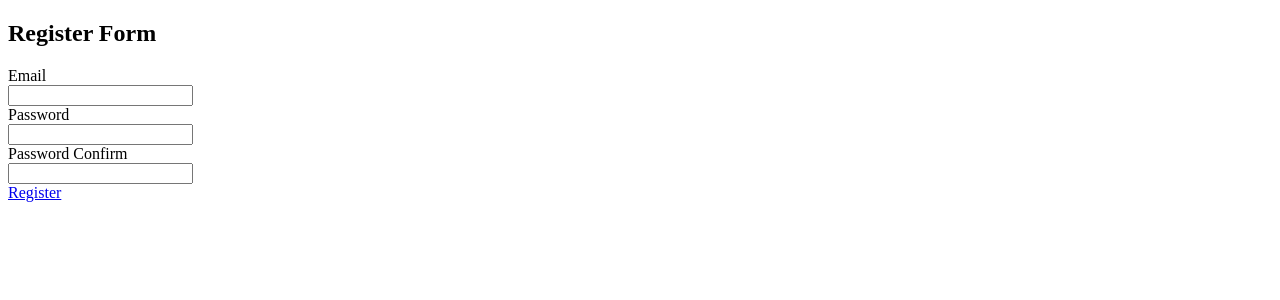
Repository: nptg3105/Register-form
Page: index.html
These files come from the project's save history. The page is drawn as it stood at one moment and after the next save; the edit follows.
The browser window is 1280 px wide. The pictures show the whole page.
Some web libraries are served in a nearby version.

Above is the page before, as saved 2022-01-05 21:43:51.

### index.html
<!DOCTYPE html>
<html lang="en">
  <head>
    <meta charset="UTF-8" />
    <meta http-equiv="X-UA-Compatible" content="IE=edge" />
    <meta name="viewport" content="width=device-width, initial-scale=1.0" />
    <title>Document</title>
    <link rel="stylesheet" href="style.css" />
  </head>
  <body>
    <div id="register-form"></div>

    <script
      src="https://unpkg.com/react@17/umd/react.production.min.js"
      crossorigin
    ></script>
    <script
      src="https://unpkg.com/react-dom@17/umd/react-dom.production.min.js"
      crossorigin
    ></script>
    <script src="https://unpkg.com/babel-standalone@6/babel.min.js"></script>
    <script type="text/babel" src="main.js"></script>
  </body>
</html>

### main.js
const registerForm = document.querySelector("#register-form");
const form = (
  <div>
    <h2>Register Form</h2>
    <form>
      <label for="email">Email</label>
      <br />
      <input type="email" id="email" name="mail" />
      <br />
      <label for="password">Password</label>
      <br />
      <input type="password" id="password" name="pass" />
      <br />
      <label for="password-confirm">Password Confirm</label>
      <br />
      <input type="password" id="password-confirm" name="pass-confirm" />
    </form>
    <a href="#">Register</a>
  </div>
);
ReactDOM.render(form, registerForm);

Loaded but not shown: style.css (no stored copy; drawn as an empty file)

After the next save:
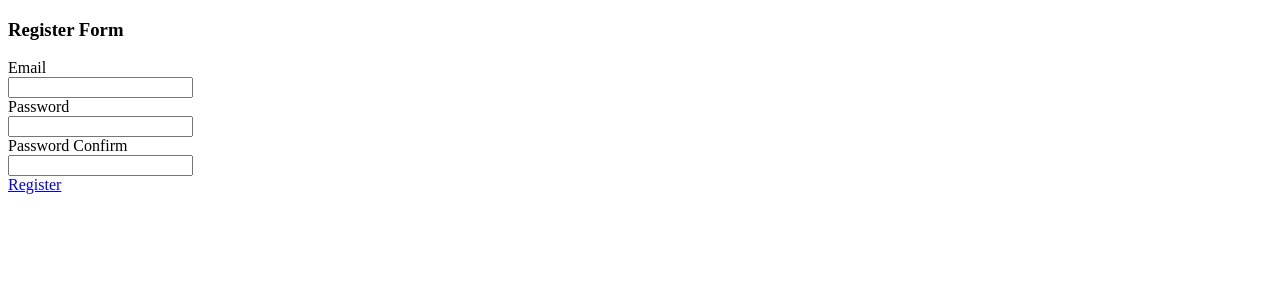
Saved 9 s later.
--- a/main.js
+++ b/main.js
@@ -1,7 +1,7 @@
 const registerForm = document.querySelector("#register-form");
 const form = (
   <div>
-    <h2>Register Form</h2>
+    <h3>Register Form</h3>
     <form>
       <label for="email">Email</label>
       <br />
